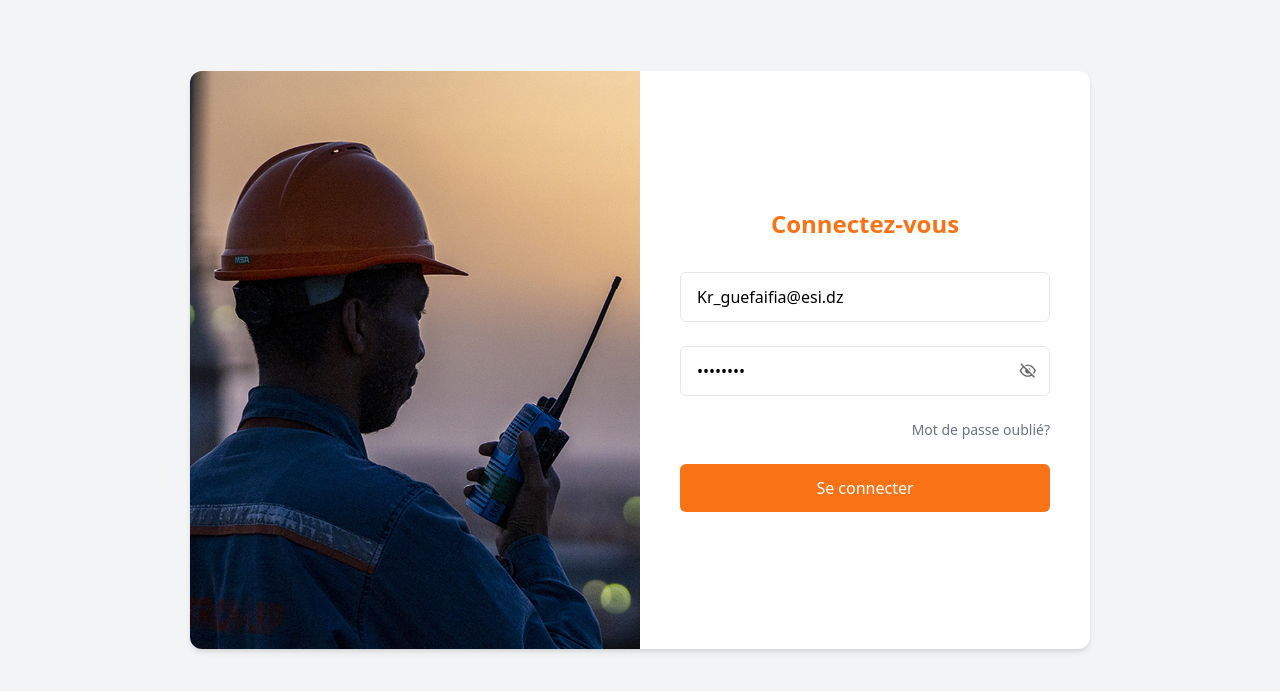
Repository: 123455675848484848484884848484/Projet_2cs
Page: /login (app in front/)
The author's editor kept a copy of each file at every save. The page is drawn from the files as they stood at one save, then again after the next save.
The browser window is 1280 px wide. The pictures show the whole page.
The project was rebuilt for these pictures with package versions that can differ from the ones it lists, and the page was loaded fresh each time. Also part of the build but not shown: front/src/App.css.

Above is the page before, as saved 2025-04-17 21:02:09.

After the next save:
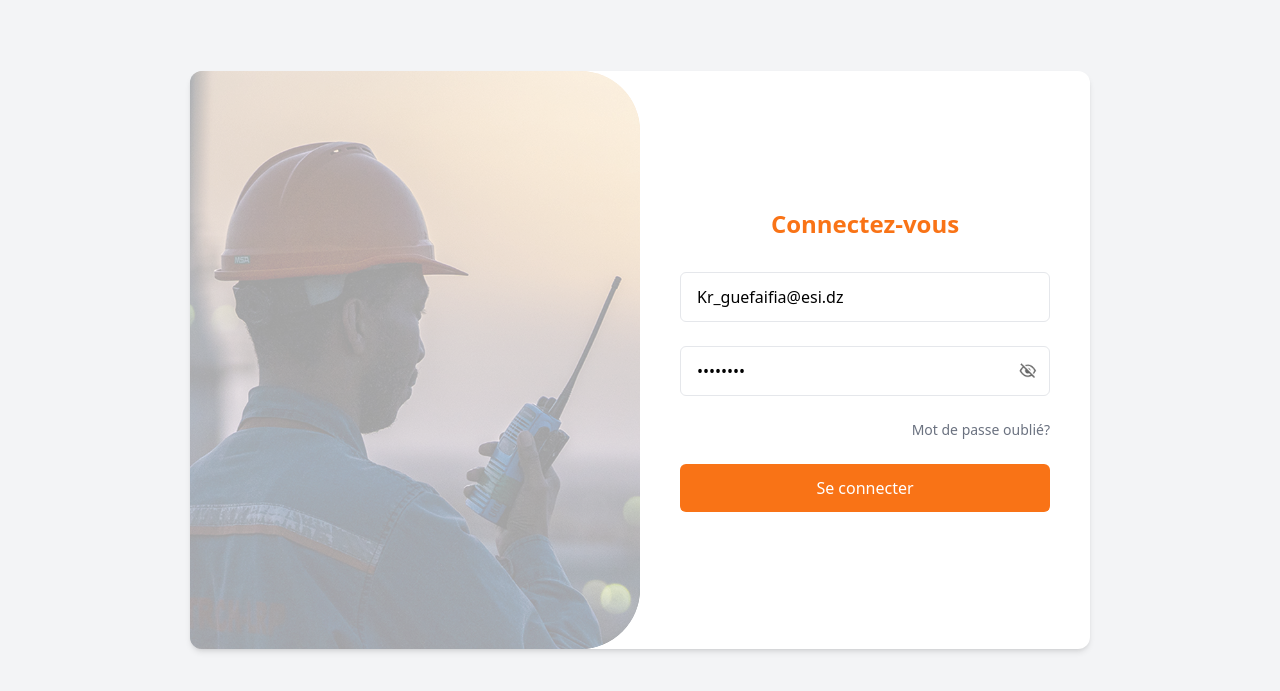
Saved 2 min 28 s later.
--- a/front/src/Login.jsx
+++ b/front/src/Login.jsx
@@ -19,14 +19,15 @@
     <div className="min-h-screen flex items-center justify-center bg-gray-100">
       <div className="bg-white rounded-xl overflow-hidden shadow-md flex w-[900px]">
         {/* Image gauche */}
-        <div className="w-1/2">
-          <img
-            src="/login.png"
-            alt="worker"
-            className="h-full w-full object-cover"
-            id="login-image"
-          />
-        </div>
+        <div className="w-1/2 relative bg-white rounded-r-[60px] overflow-hidden">
+  <img
+    src="/login.png"
+    alt="worker"
+    className="h-full w-full object-cover opacity-60"
+    id="login-image"
+  />
+  <div className="absolute inset-0 bg-white bg-opacity-40 rounded-r-[60px]" />
+</div>
 
         {/* Formulaire */}
         <div className="w-1/2 flex flex-col justify-center px-10 py-12">

After the save that followed:
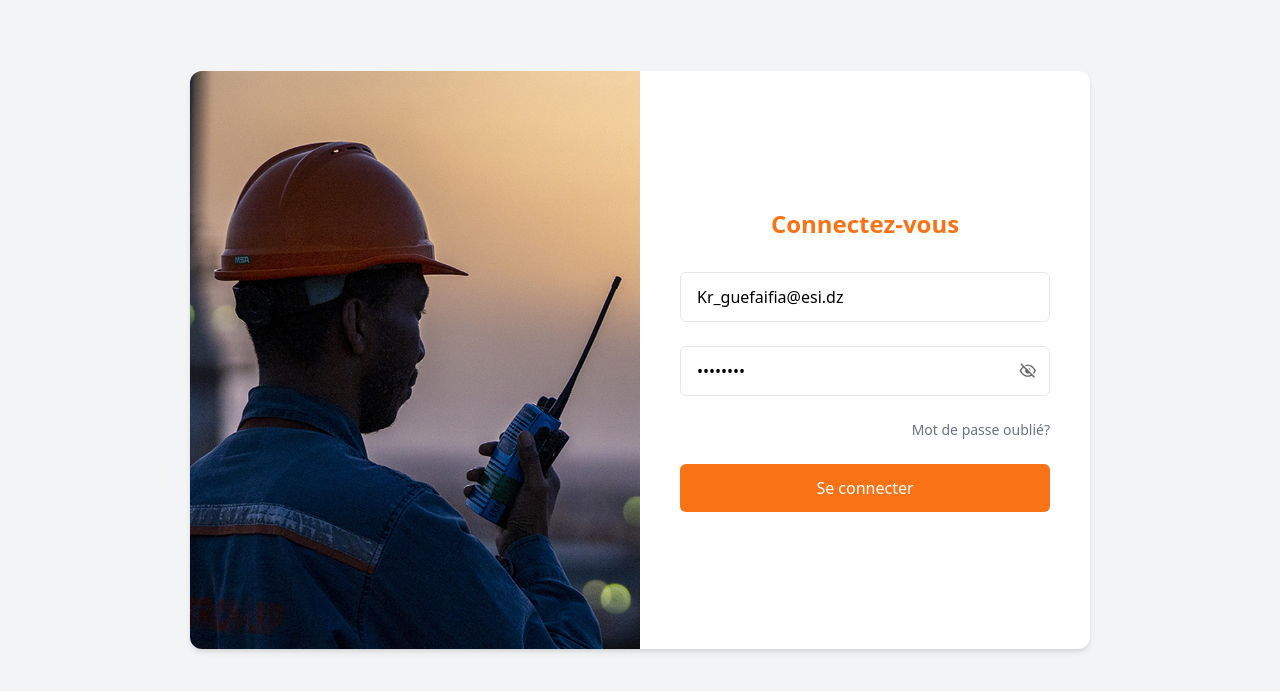
Saved 18 s later.
--- a/front/src/Login.jsx
+++ b/front/src/Login.jsx
@@ -19,15 +19,14 @@
     <div className="min-h-screen flex items-center justify-center bg-gray-100">
       <div className="bg-white rounded-xl overflow-hidden shadow-md flex w-[900px]">
         {/* Image gauche */}
-        <div className="w-1/2 relative bg-white rounded-r-[60px] overflow-hidden">
-  <img
-    src="/login.png"
-    alt="worker"
-    className="h-full w-full object-cover opacity-60"
-    id="login-image"
-  />
-  <div className="absolute inset-0 bg-white bg-opacity-40 rounded-r-[60px]" />
-</div>
+        <div className="w-1/2">
+          <img
+            src="/login.png"
+            alt="worker"
+            className="h-full w-full object-cover"
+            id="login-image"
+          />
+        </div>
 
         {/* Formulaire */}
         <div className="w-1/2 flex flex-col justify-center px-10 py-12">
